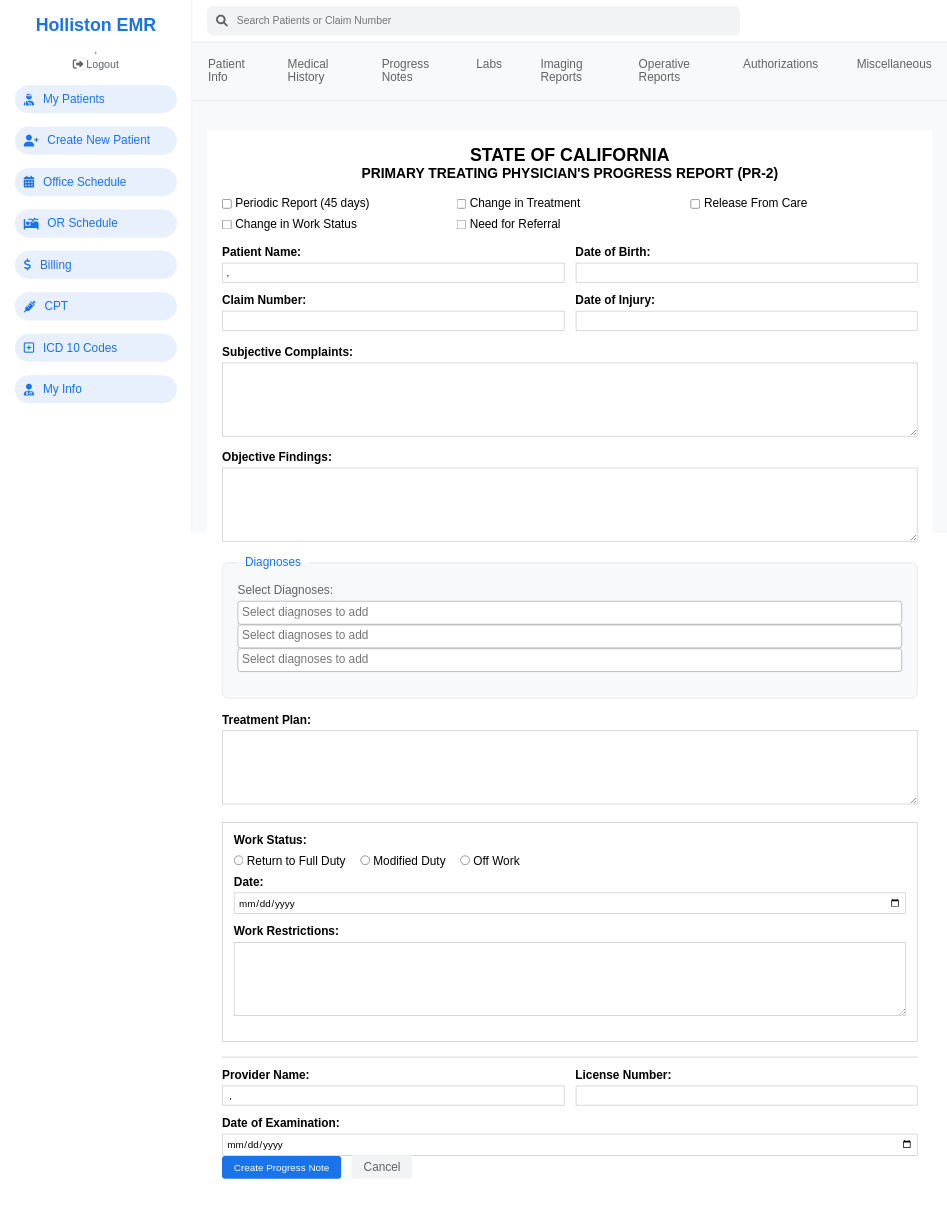
Repository: DavidG626/Flask-Project
Page: templates/create_progress_note.html
The author's editor kept a copy of each file at every save. The page is drawn from the files as they stood at one save, then again after the next save.
The browser window is 1280 px wide. The pictures show the whole page, at 74% of full size.
Some web libraries are served in a nearby version. The template is drawn by Flask 3. The application's start-up code is not run. Other server files are loaded and not shown. The template is opened directly, without the code that normally fills it, so the values that code supplies are empty.

Above is the page before, as saved 2025-02-10 13:01:27.

### templates/create_progress_note.html
<!DOCTYPE html>
<html lang="en">
<head>
   <meta charset="UTF-8">
   <meta name="viewport" content="width=device-width, initial-scale=1.0">
   <title>Create Progress Note</title>
   <link rel="stylesheet" type="text/css" href="/static/dashboard.css">
   <link rel="stylesheet" type="text/css" href="/static/patient_info.css">
   <link rel="stylesheet" type="text/css" href="/static/pr2.css">
   <link href="https://cdn.jsdelivr.net/npm/select2@4.1.0-rc.0/dist/css/select2.min.css" rel="stylesheet" />
   <script src="https://cdn.jsdelivr.net/npm/jquery@3.6.0/dist/jquery.min.js"></script>
   <script src="https://cdn.jsdelivr.net/npm/select2@4.1.0-rc.0/dist/js/select2.min.js"></script>
   <link href="https://cdnjs.cloudflare.com/ajax/libs/font-awesome/6.0.0/css/all.min.css" rel="stylesheet">
</head>
<body>
   <div class="container">
       <!-- Sidebar -->
       <aside class="sidebar">
           <div class="logo">Holliston EMR</div>
           <div class="logged-user">
               {{ current_user.first_name }} {{ current_user.last_name }}, {{ current_user.medical_title }}
               <a href="{{ url_for('dashboard.logout') }}" class="logout-link">
                   <i class="fas fa-sign-out-alt"></i> Logout
               </a>
           </div>
           <nav>
               <ul>
                   <li class="active">
                       <a href="{{ url_for('dashboard.my_patients') }}">
                           <i class="fas fa-user-injured"></i>My Patients
                       </a>
                   </li>
               </ul>
               <br>
               <ul>
                   <li class="active">
                       <a href="{{ url_for('dashboard.create_patient') }}">
                           <i class="fas fa-user-plus"></i>Create New Patient
                       </a>
                   </li>
               </ul>
               <br>
               <ul>
                   <li class="active"><a href=""><i class="fas fa-calendar-alt"></i>Office Schedule</a></li>
               </ul>
               <br>
               <ul>
                   <li class="active"><a href=""><i class="fas fa-procedures"></i>OR Schedule</a></li>
               </ul>
               <br>
               <ul>
                   <li class="active"><a href=""><i class="fas fa-dollar-sign"></i>Billing</a></li>
               </ul>
               <br>
               <ul>
                   <li class="active">
                       <a href="{{ url_for('cpt.cpt_codes') }}">
                           <i class="fas fa-syringe"></i>CPT
                       </a>
                   </li>
               </ul>
               <br>
               <ul>
                   <li class="active">
                       <a href="{{ url_for('icd10.icd10_codes') }}">
                           <i class="far fa-plus-square"></i>ICD 10 Codes
                       </a>
                   </li>
               </ul>
               <br>
               <ul>
                   <li class="active">
                       <a href="{{ url_for('dashboard.my_info') }}">
                           <i class="fas fa-user-md"></i>My Info
                       </a>
                   </li>
               </ul>
           </nav>
       </aside>

       <!-- Main Content -->
       <main>
           <header>
               <div class="search-bar">
                   <i class="fas fa-search"></i>
                   <form action="{{ url_for('dashboard.my_patients') }}" method="get">
                       <input type="text" name="search" placeholder="Search Patients or Claim Number">
                   </form>
               </div>
           </header>

           <!-- Patient Tabs -->
           <div class="patient-tabs">
                <a href="{{ url_for('dashboard.patient_detail', patient_id=patient.id) }}" class="tab">Patient Info</a>
                <a href="{{ url_for('dashboard.patient_medical_history', patient_id=patient.id) }}" class="tab">Medical History</a>
                <a href="{{ url_for('pr2.progress_notes', patient_id=patient.id) }}" class="tab active">Progress Notes</a>
                <a href="{{ url_for('labs.patient_labs', patient_id=patient.id) }}" class="tab">Labs</a>
                <a href="{{ url_for('imaging.patient_imaging', patient_id=patient.id) }}" class="tab">Imaging Reports</a>
                <a href="{{ url_for('operative.patient_operative_reports', patient_id=patient.id) }}" class="tab">Operative Reports</a>
                <a href="{{ url_for('auth.patient_authorizations', patient_id=patient.id) }}" class="tab">Authorizations</a>
                <a href="{{ url_for('misc.patient_misc', patient_id=patient.id) }}" class="tab">Miscellaneous</a>
            </div>

           <div class="content">
            <div class="pr2-form">
                <div class="pr2-header">
                    <h2>STATE OF CALIFORNIA</h2>
                    <h3>PRIMARY TREATING PHYSICIAN'S PROGRESS REPORT (PR-2)</h3>
                </div>

                <form method="POST">
                    <!-- Report Type Section -->
                    <div class="checkbox-grid">
                        <div class="checkbox-item">
                            <input type="checkbox" name="is_periodic_report" id="periodic">
                            <label for="periodic">Periodic Report (45 days)</label>
                        </div>
                        <div class="checkbox-item">
                            <input type="checkbox" name="is_change_in_treatment" id="treatment">
                            <label for="treatment">Change in Treatment</label>
                        </div>
                        <div class="checkbox-item">
                            <input type="checkbox" name="is_release_from_care" id="release">
                            <label for="release">Release From Care</label>
                        </div>
                        <div class="checkbox-item">
                            <input type="checkbox" name="is_change_in_work_status" id="work">
                            <label for="work">Change in Work Status</label>
                        </div>
                        <div class="checkbox-item">
                            <input type="checkbox" name="is_need_for_referral" id="referral">
                            <label for="referral">Need for Referral</label>
                        </div>
                    </div>

                    <!-- Patient Information Section -->
                    <div class="patient-info-grid">
                        <div class="form-field">
                            <label>Patient Name:</label>
                            <input type="text" value="{{ patient.patient_last_name }}, {{ patient.patient_first_name }}" readonly>
                        </div>
                        <div class="form-field">
                            <label>Date of Birth:</label>
                            <input type="text" value="{{ patient.patient_date_of_birth.strftime('%m/%d/%Y') }}" readonly>
                        </div>
                        <div class="form-field">
                            <label>Claim Number:</label>
                            <input type="text" value="{{ patient.patient_claim_number }}" readonly>
                        </div>
                        <div class="form-field">
                            <label>Date of Injury:</label>
                            <input type="text" value="{{ patient.patient_date_of_injury.strftime('%m/%d/%Y') }}" readonly>
                        </div>
                    </div>

                    <!-- Subjective Section -->
                    <div class="text-area-field">
                        <label>Subjective Complaints:</label>
                        <textarea name="subjective_complaints" required></textarea>
                    </div>

                    <!-- Objective Section -->
                    <div class="text-area-field">
                        <label>Objective Findings:</label>
                        <textarea name="objective_findings" required></textarea>
                    </div>



                    <!-- Diagnosis -->
                    <fieldset>
                        <legend>Diagnoses</legend>
                        <div class="form-group">
                            <label>Select Diagnoses:</label>
                            <select name="diagnoses" multiple class="form-select">
                                <option value="">Select a diagnosis</option>
                                {% for code in icd10_codes %}
                                    <option value="{{ code.id }}">{{ code.description }} ({{ code.code }})</option>
                                {% endfor %}
                            </select><br>

                            <select name="diagnoses" multiple class="form-select">
                                <option value="">Select a diagnosis</option>
                                {% for code in icd10_codes %}
                                    <option value="{{ code.id }}">{{ code.description }} ({{ code.code }})</option>
                                {% endfor %}
                            </select><br>

                            <select name="diagnoses" multiple class="form-select">
                                <option value="">Select a diagnosis</option>
                                {% for code in icd10_codes %}
                                    <option value="{{ code.id }}">{{ code.description }} ({{ code.code }})</option>
                                {% endfor %}
                            </select><br>
                        </div>
                    </fieldset>



                    <!-- Treatment Plan Section -->
                    <div class="text-area-field">
                        <label>Treatment Plan:</label>
                        <textarea name="treatment_plan" required></textarea>
                    </div>

                    <!-- Work Status Section -->
                    <div class="work-status-section">
                        <h4>Work Status:</h4>
                        <div class="work-status-options">
                            <div class="radio-item">
                                <input type="radio" name="work_status" value="full_duty" id="full_duty">
                                <label for="full_duty">Return to Full Duty</label>
                            </div>
                            <div class="radio-item">
                                <input type="radio" name="work_status" value="modified" id="modified">
                                <label for="modified">Modified Duty</label>
                            </div>
                            <div class="radio-item">
                                <input type="radio" name="work_status" value="off_work" id="off_work">
                                <label for="off_work">Off Work</label>
                            </div>
                        </div>
                        <div class="form-field">
                            <label>Date:</label>
                            <input type="date" name="work_status_date">
                        </div>
                        <div class="text-area-field" id="work-restrictions">
                            <label>Work Restrictions:</label>
                            <textarea name="work_restrictions"></textarea>
                        </div>
                    </div>

                    <!-- Provider Information Section -->
                    <div class="provider-section">
                        <div class="form-row">
                            <div class="form-field">
                                <label>Provider Name:</label>
                                <input type="text" value="{{ current_user.first_name }} {{ current_user.last_name }}, {{ current_user.medical_title }}" readonly>
                            </div>
                            <div class="form-field">
                                <label>License Number:</label>
                                <input type="text" value="{{ current_user.medical_license }}" readonly>
                            </div>
                        </div>
                        <div class="form-field">
                            <label>Date of Examination:</label>
                            <input type="date" name="date_of_exam" required>
                        </div>
                    </div>

                    <div class="form-buttons">
                        <button type="submit" class="save-btn">Create Progress Note</button>
                        <a href="{{ url_for('pr2.progress_notes', patient_id=patient.id) }}" class="cancel-btn">Cancel</a>
                    </div>
                </form>
            </div>
        </div>
        <script>
            $(document).ready(function() {
                $('.form-select').select2({
                    placeholder: 'Select diagnoses to add',
                    allowClear: true,
                    width: '100%'
                });
            });
            </script>

       </main>
       </body>

### static/patient_info.css
.registration-container {
    background: white;
    border-radius: 8px;
    padding: 20px;
    margin: 20px;
    box-shadow: 0 2px 4px rgba(0,0,0,0.1);
}

.registration-container h2 {
    color: #5f6368;
    margin-bottom: 20px;
    font-size: 1.5rem;
}

fieldset {
    border: 1px solid #e1e4e8;
    border-radius: 8px;
    padding: 20px;
    margin-bottom: 20px;
    background: #f8f9fa;
}

legend {
    color: #1a73e8;
    font-weight: 500;
    padding: 0 10px;
}

.form-group {
    margin-bottom: 15px;
}

.form-group label {
    display: block;
    margin-bottom: 5px;
    color: #5f6368;
    font-weight: 500;
}

.form-input {
    width: 100%;
    padding: 8px 12px;
    border: 1px solid #e1e4e8;
    border-radius: 4px;
    font-size: 14px;
    background: white;
}

/* Date fields styling */
.date-group {
    display: flex;
    gap: 10px;
}

.date-group .form-input {
    width: 33%;
    text-align: center;
}

/* Button styling */
.buttons {
    margin-top: 20px;
    display: flex;
    gap: 10px;
}

.save-btn {
    background: #1a73e8;
    color: white;
    padding: 8px 16px;
    border: none;
    border-radius: 4px;
    cursor: pointer;
    font-weight: 500;
    text-decoration: none;
}

.save-btn:hover {
    background: #1557b0;
}

.cancel-btn {
    background: #f1f3f4;
    color: #5f6368;
    padding: 8px 16px;
    border: none;
    border-radius: 4px;
    text-decoration: none;
    font-weight: 500;
}

.cancel-btn:hover {
    background: #e3e6e8;
}
/* Patient tabs styling */
.patient-tabs {
    display: flex;
    gap: 10px;
    padding: 10px 0;
    border-bottom: 1px solid #e1e4e8;
}

.patient-tabs .tab {
    padding: 10px 20px;
    background: #f8f9fa;
    color: #5f6368;
    text-decoration: none;
    border-radius: 4px 4px 0 0;
    cursor: pointer;
    border: 1px solid transparent;
}

.patient-tabs .tab:hover {
    color: #1a73e8;
}

.patient-tabs .tab:active,
.patient-tabs .tab:focus {
    background: white;
    border-color: #e1e4e8;
    color: #1a73e8;
    margin-bottom: -1px;
}

.pmh-tabs .tab-pane {
    display: none;
    padding: 20px;
    background: #ffffff;
}

/* Responsive adjustments */
@media (max-width: 1600px) {
    html {
        font-size: 16px;
    }
}

@media (max-width: 1200px) {
    html {
        font-size: 16px;
    }
}

@media (max-width: 992px) {
    html {
        font-size: 14px;
    }
}

@media (max-width: 768px) {
    html {
        font-size: 12px;
    }
}

@media (max-width: 600px) {
    html {
        font-size: 10px;
    }
}

### static/pr2.css
/* static/pr2.css */



.pr2-form {
    max-width: 1000px;
    margin: 20px auto;
    padding: 20px;
    background: white;
}

.pr2-header {
    text-align: center;
    margin-bottom: 20px;
}

.pr2-title {
    font-size: 18px;
    font-weight: bold;
    text-align: center;
    margin: 10px 0;
}

.checkbox-grid {
    display: grid;
    grid-template-columns: repeat(3, 1fr);
    gap: 10px;
    margin: 15px 0;
}

.checkbox-item {
    display: flex;
    align-items: center;
    gap: 5px;
}

.patient-info-grid {
    display: grid;
    grid-template-columns: repeat(2, 1fr);
    gap: 15px;
    margin: 20px 0;
}

.form-row {
    display: flex;
    gap: 15px;
    margin-bottom: 15px;
}

.form-field {
    flex: 1;
}

.form-field label {
    display: block;
    font-weight: bold;
    margin-bottom: 5px;
}

.form-field input {
    width: 100%;
    padding: 5px;
    border: 1px solid #ccc;
}

.text-area-field {
    margin: 15px 0;
}

.text-area-field label {
    display: block;
    font-weight: bold;
    margin-bottom: 5px;
}

.text-area-field textarea {
    width: 100%;
    min-height: 100px;
    padding: 10px;
    border: 1px solid #ccc;
}

.diagnoses-grid {
    display: grid;
    grid-template-columns: repeat(2, 1fr);
    gap: 15px;
    margin: 15px 0;
}

.diagnosis-row {
    display: flex;
    gap: 10px;
}

.work-status-section {
    margin: 20px 0;
    padding: 15px;
    border: 1px solid #ccc;
}

.work-status-options {
    display: flex;
    gap: 20px;
    margin: 10px 0;
}

.provider-section {
    margin-top: 20px;
    border-top: 1px solid #ccc;
    padding-top: 15px;
}

/* Print styles */
@media print {
    .pr2-form {
        margin: 0;
        padding: 0;
    }

    .sidebar, .patient-tabs, .buttons {
        display: none;
    }
}

/* Responsive adjustments */
@media (max-width: 1600px) {
    html {
        font-size: 16px;
    }
}

@media (max-width: 1200px) {
    html {
        font-size: 16px;
    }
}

@media (max-width: 992px) {
    html {
        font-size: 14px;
    }
}

@media (max-width: 768px) {
    html {
        font-size: 12px;
    }
}

@media (max-width: 600px) {
    html {
        font-size: 10px;
    }
}

Loaded but not shown: static/dashboard.css (408 lines, source omitted)

After the next save:
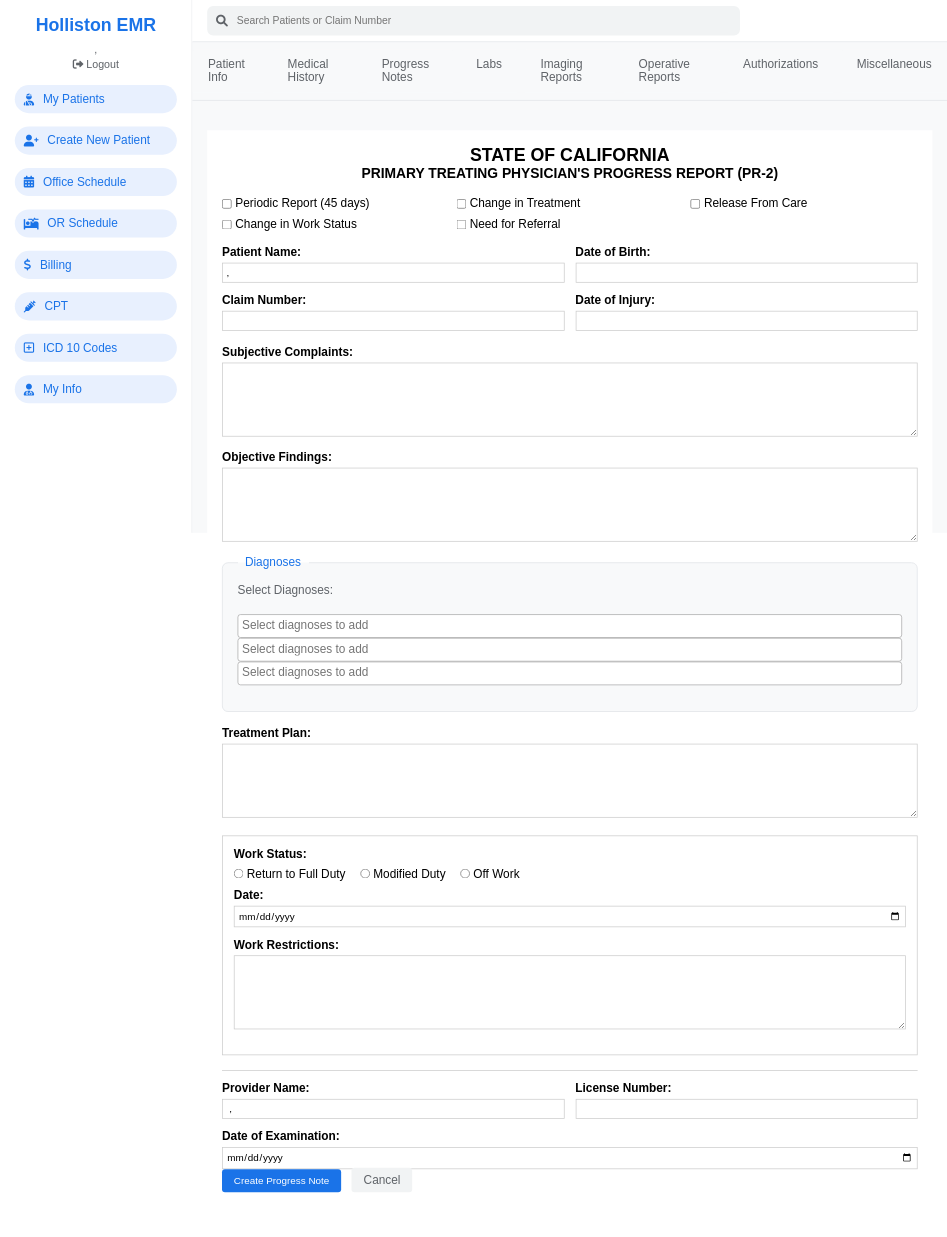
Saved 12 s later.
--- a/templates/create_progress_note.html
+++ b/templates/create_progress_note.html
@@ -171,7 +171,7 @@
                     <fieldset>
                         <legend>Diagnoses</legend>
                         <div class="form-group">
-                            <label>Select Diagnoses:</label>
+                            <label>Select Diagnoses:</label><br>
                             <select name="diagnoses" multiple class="form-select">
                                 <option value="">Select a diagnosis</option>
                                 {% for code in icd10_codes %}
